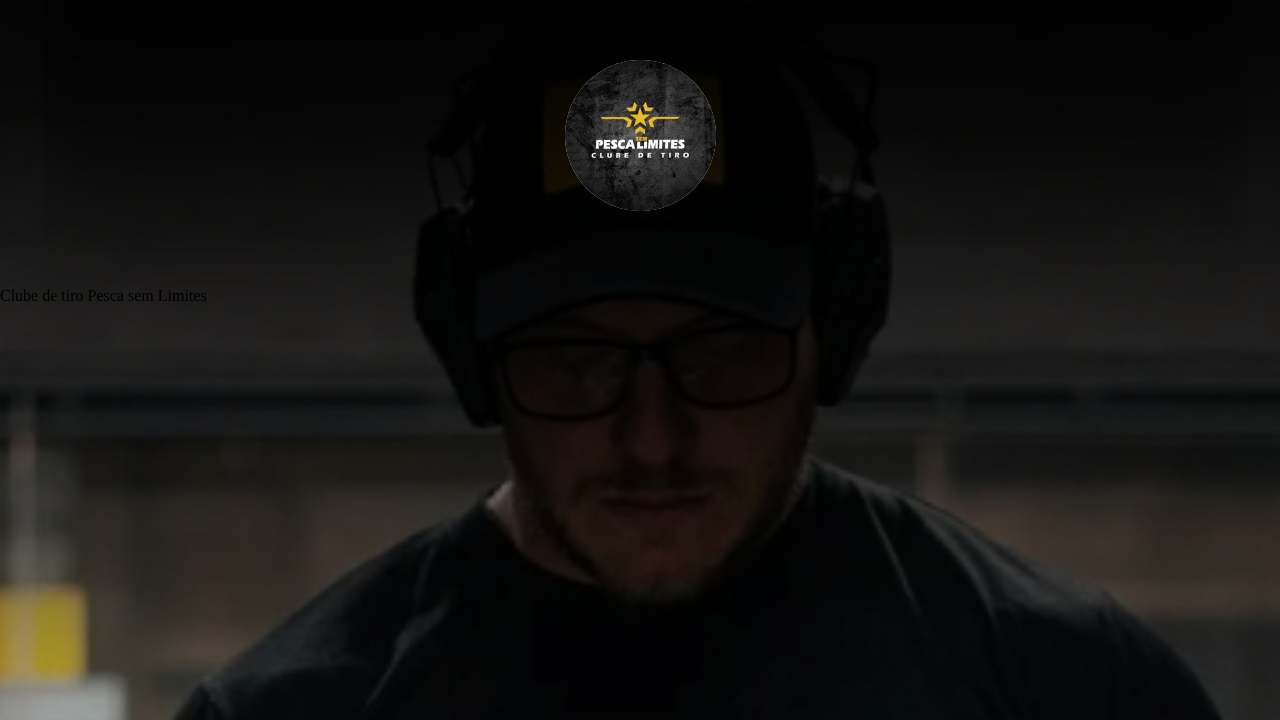
Repository: Fr4nc021/LinkPages-PescasemLimites
Page: index.html
An editor plug-in stored every save of this project. The page is shown before and after the next save, followed by the edit.
The browser window is 1280 px wide. The pictures show the whole page.

Above is the page before, as saved 2025-02-27 21:54:33.

After the next save:
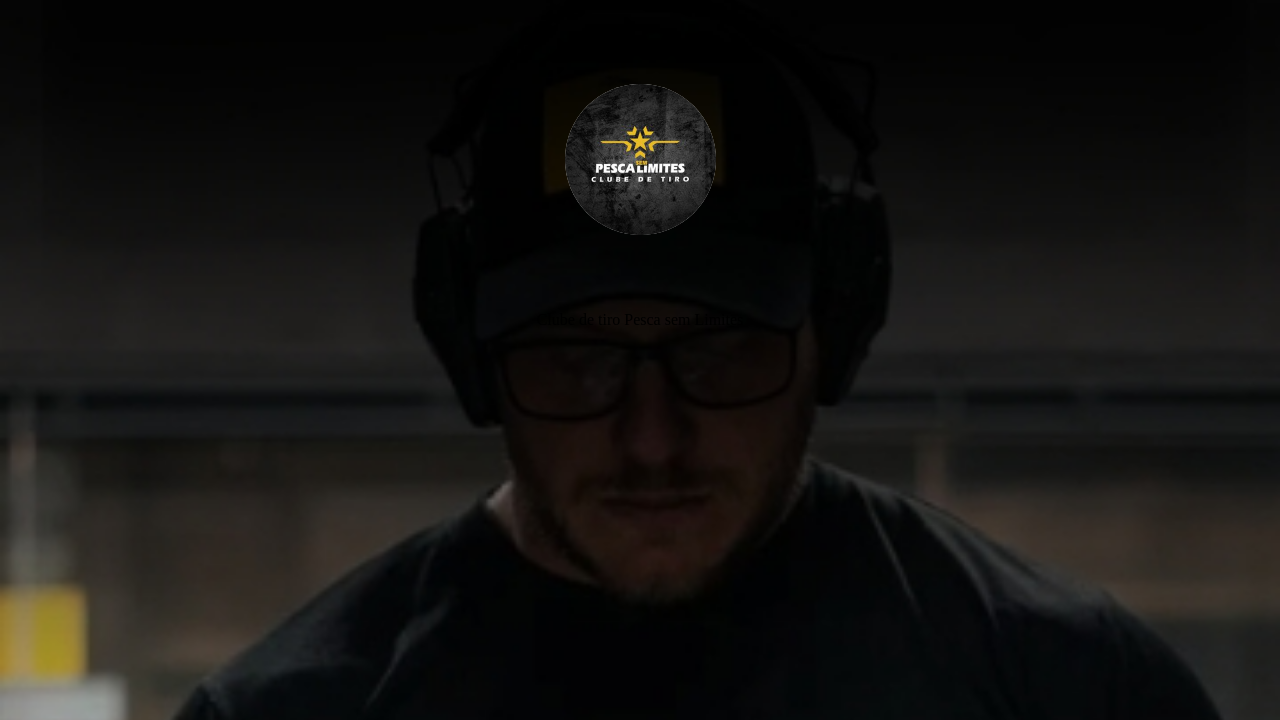
Saved 59 s later.
--- a/style.css
+++ b/style.css
@@ -11,3 +11,8 @@
     padding: 60px;
     border-radius: 50%;
 }
+
+#profile {
+    text-align: center;
+    padding: 24px;
+}
